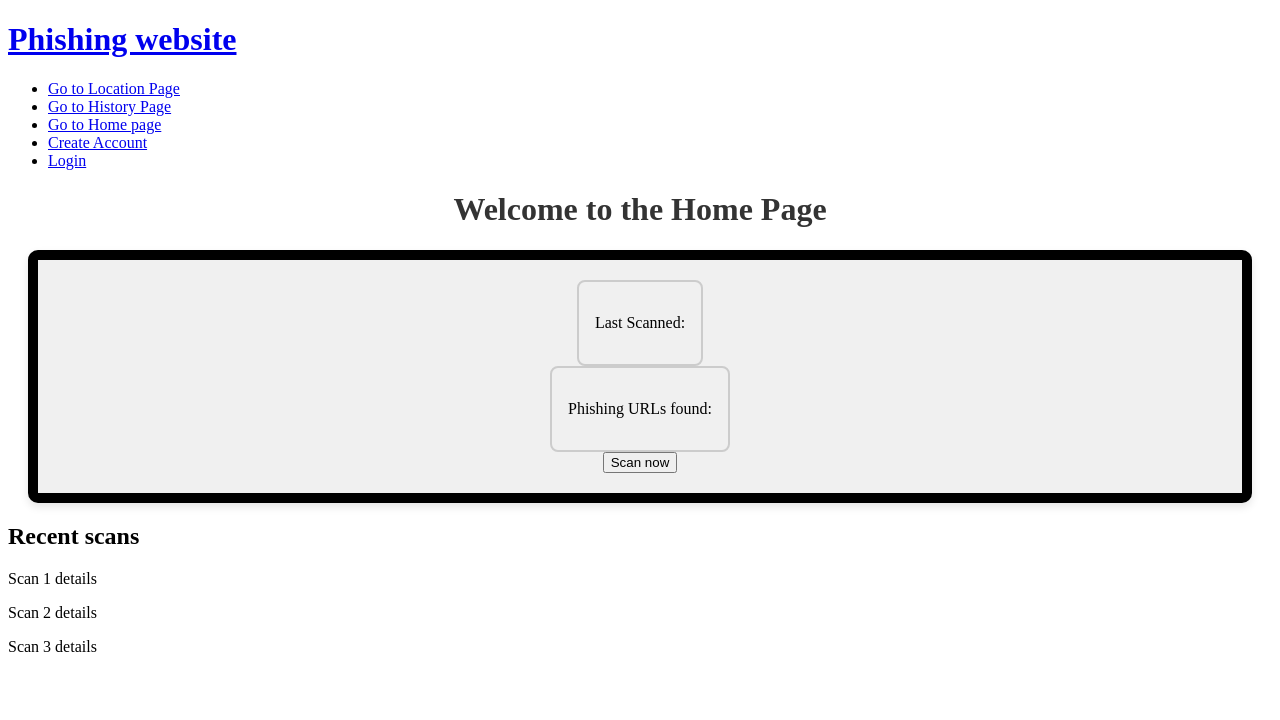
Repository: 2305199/Final-year-project
Page: / (app in frontend/)
These files come from the project's save history. The page is drawn as it stood at one moment and after the next save; the edit follows.
The browser window is 1280 px wide. The pictures show the whole page.
The project was rebuilt for these pictures with package versions that can differ from the ones it lists, and the page was loaded fresh each time. Also part of the build but not shown: frontend/vite.config.js, frontend/src/Location/Location.jsx, frontend/src/History/History.jsx, frontend/src/User/CreateAccount.jsx, frontend/src/User/Login.jsx.

Above is the page before, as saved 2026-01-29 00:50:19.

After the next save:
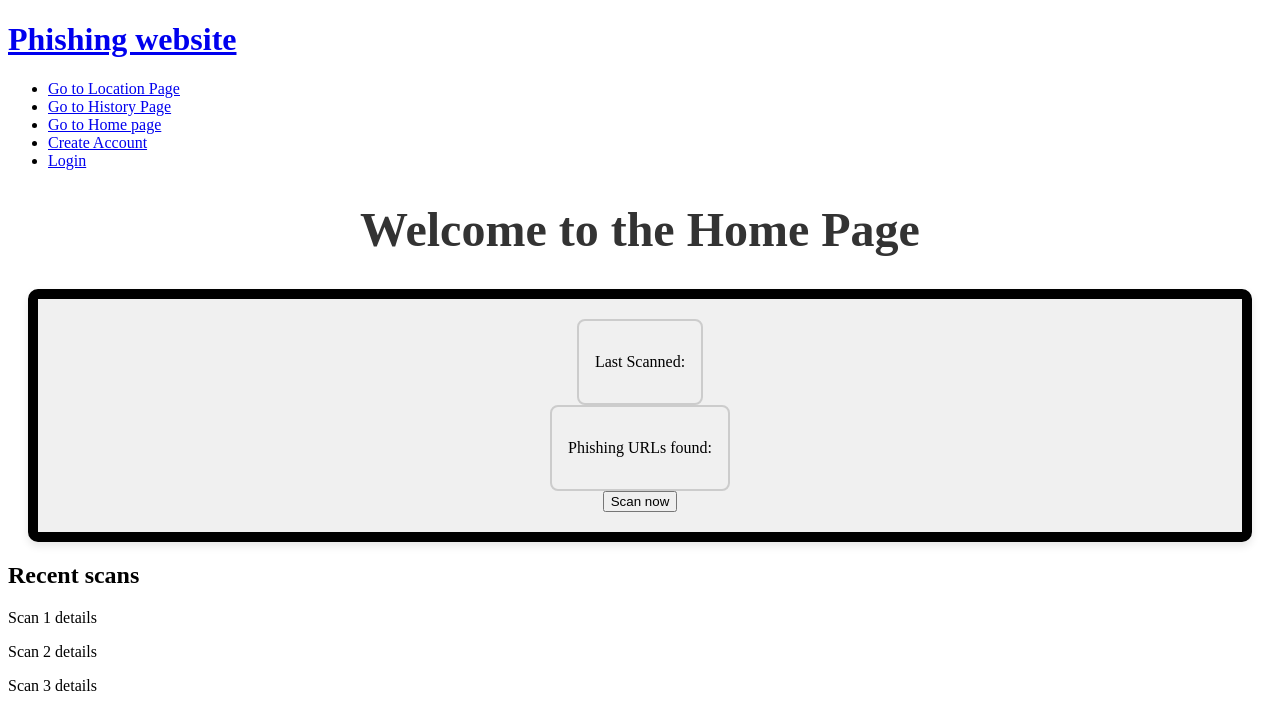
Saved 10 s later.
--- a/frontend/src/Home/Home.module.css
+++ b/frontend/src/Home/Home.module.css
@@ -1,6 +1,6 @@
 .title{
     text-align: center;
-    font-size: 1rem;
+    font-size: 1.5rem;
     margin-bottom: 20px;
     color: #333;
 }
